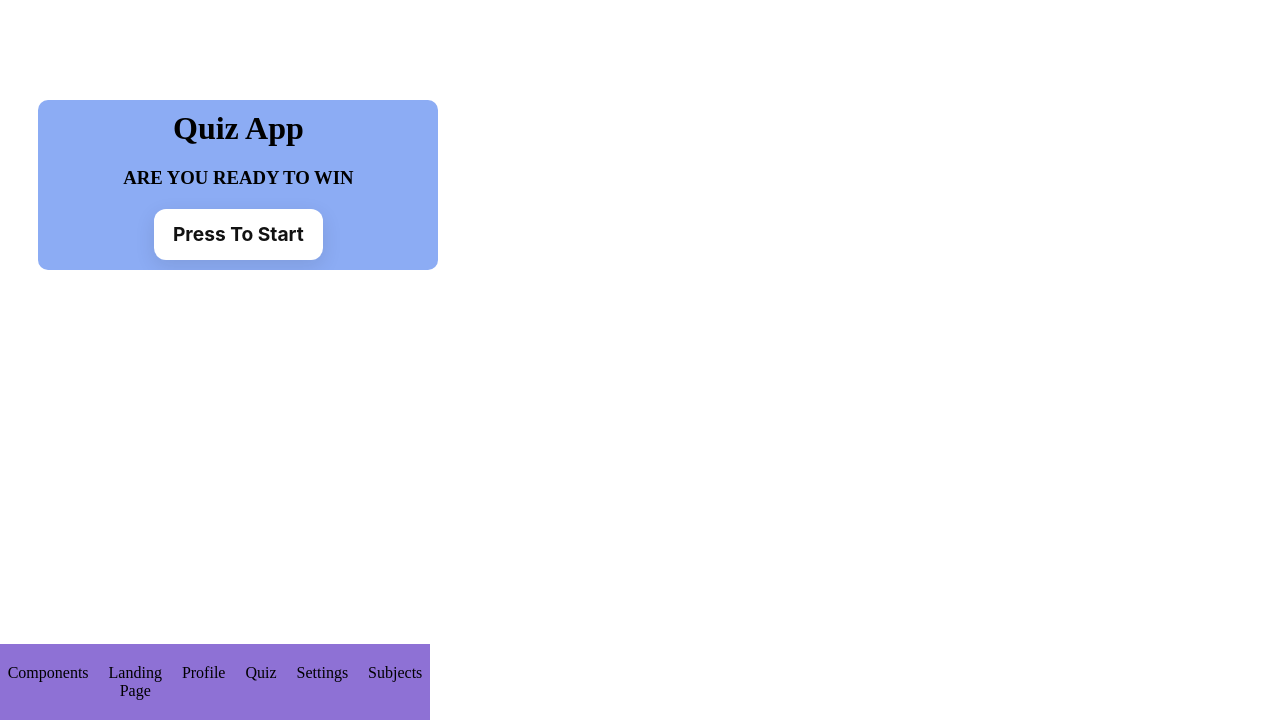
Repository: 1medi/pocketprof
Page: /QuizPage
The author's editor kept a copy of each file at every save. The page is drawn from the files as they stood at one save, then again after the next save.
The browser window is 1280 px wide. The pictures show the whole page.
The project was rebuilt for these pictures with package versions that can differ from the ones it lists, and the page was loaded fresh each time. The framework's server and built-in components were replaced by stand-ins that run in the browser. Also part of the build but not shown: next.config.mjs, Components/Buttons/Oscar/Oscar.module.css, Components/Buttons/Oscar/index.js.

Above is the page before, as saved 2024-04-12 21:07:52.

After the next save:
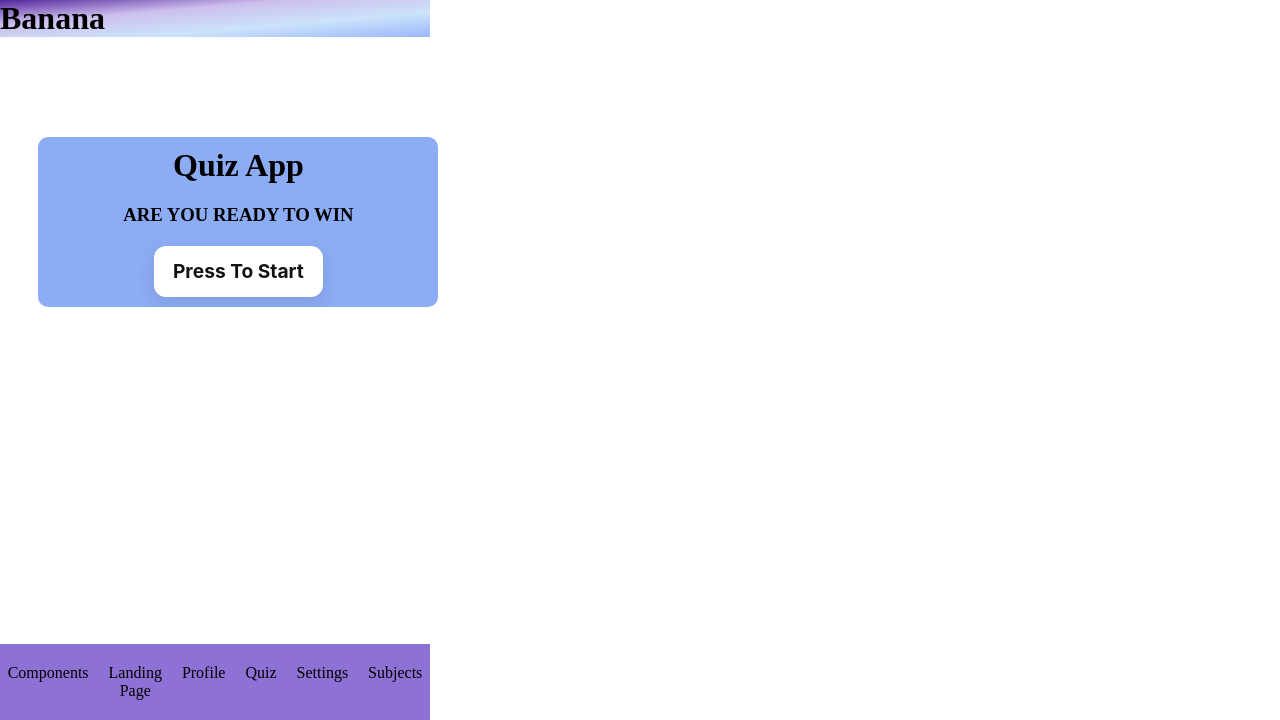
Saved 67 s later.
--- a/pages/QuizPage.js
+++ b/pages/QuizPage.js
@@ -14,20 +14,19 @@ export default function QuizPage() {
         <meta name="viewport" content="width=device-width, initial-scale=1" />
         <link rel="icon" href="/favicon.ico" />
       </Head>
-      <Header/>
+      <Header name={"Banana"}/>
       <main className={`${styles.main}`}>
-
-      <div className={styles.container}>
-        <h1 className={styles.title}>Quiz App</h1>
-        <div className={styles.descriptionContainer}>
-          <h3>ARE YOU READY TO WIN</h3>
+        <div className={styles.container}>
+          <h1 className={styles.title}>Quiz App</h1>
+          <div className={styles.descriptionContainer}>
+            <h3>ARE YOU READY TO WIN</h3>
+          </div>
+          <Link href='/quiz/page' className={styles.buttonContainer}>
+            <Button3 name={"Press To Start"} />
+          </Link>
         </div>
-        <Link href='/quiz/page' className={styles.buttonContainer}>
-        <Button3 name={"Press To Start"}/>
-        </Link>
-      </div>
       </main>
-      <NavBar/>
+      <NavBar />
     </>
   );
 }
